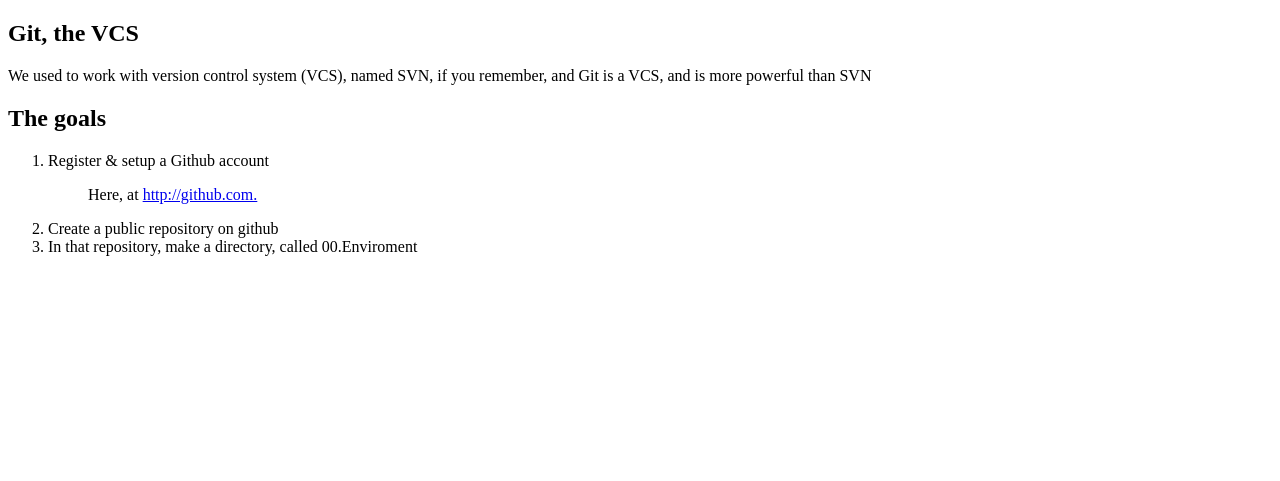
Repository: mrdo2010vn/00.enviroment
Page: 00.TestingEnviroment/emmet.html
The author's editor kept a copy of each file at every save. The page is drawn from the files as they stood at one save, then again after the next save.
The browser window is 1280 px wide. The pictures show the whole page.

Above is the page before, as saved 2013-09-25 08:28:01.

After the next save:
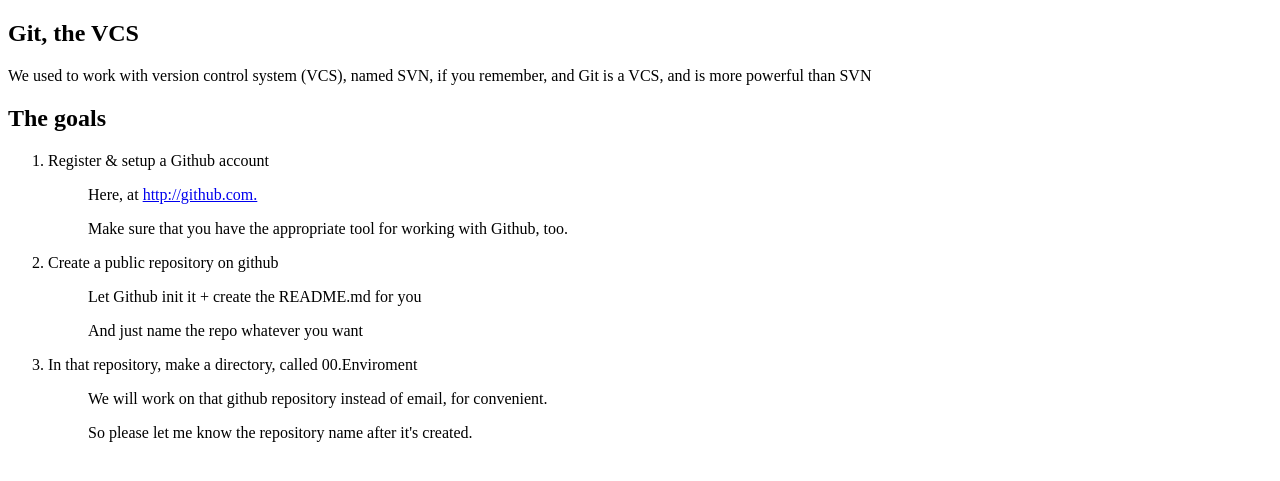
Saved 7 min 17 s later.
--- a/00.TestingEnviroment/emmet.html
+++ b/00.TestingEnviroment/emmet.html
@@ -15,12 +15,23 @@
 			<ol>
 				<li>Register & setup a Github account
 					<blockquote>
-					<p>Here, at <a href="http://github.com">http://github.com.</a></p>
-				</blockquote>
+						<p>Here, at <a href="http://github.com">http://github.com.</a></p>
+						<p>Make sure that you have the appropriate tool for working with Github, too.</p>
+					</blockquote>
 				</li>
 
-				<li>Create a public repository on github</li>
-				<li>In that repository, make a directory, called <span class="bold italic">00.Enviroment</span></li>
+				<li>Create a public repository on github
+					<blockquote>
+						<p>Let Github init it + create the <span class="bold">README.md</span> for you</p>
+						<p>And just name the repo whatever you want</p>
+					</blockquote>
+				</li>
+				<li>In that repository, make a directory, called <span class="bold italic">00.Enviroment</span>
+					<blockquote>
+						<p>We will work on that github repository instead of email, for convenient.</p>
+						<p>So please let me know the repository name after it's created.</p>
+					</blockquote>
+				</li>
 			</ol>
 		</div>
 	</div>
